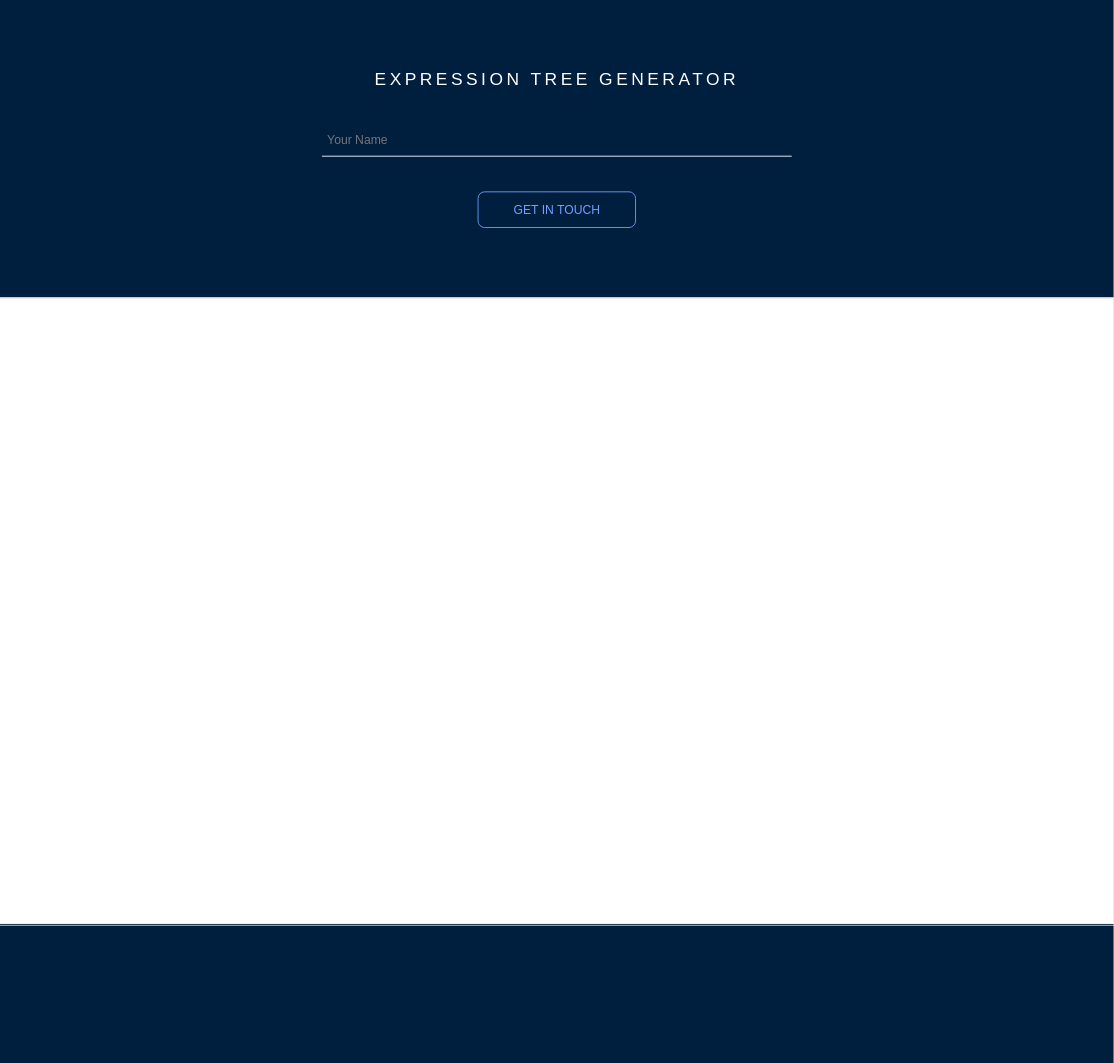
Repository: lnogueir/expression-tree-gen
Page: index.html
These files come from the project's save history. The page is drawn as it stood at one moment and after the next save; the edit follows.
The browser window is 1280 px wide. The page is 1281 px wide, so the pictures cover 1281 px, including what lies to the right of the window. The pictures show the whole page, at 87% of full size.

Above is the page before, as saved 2020-03-15 19:16:29.

After the next save:
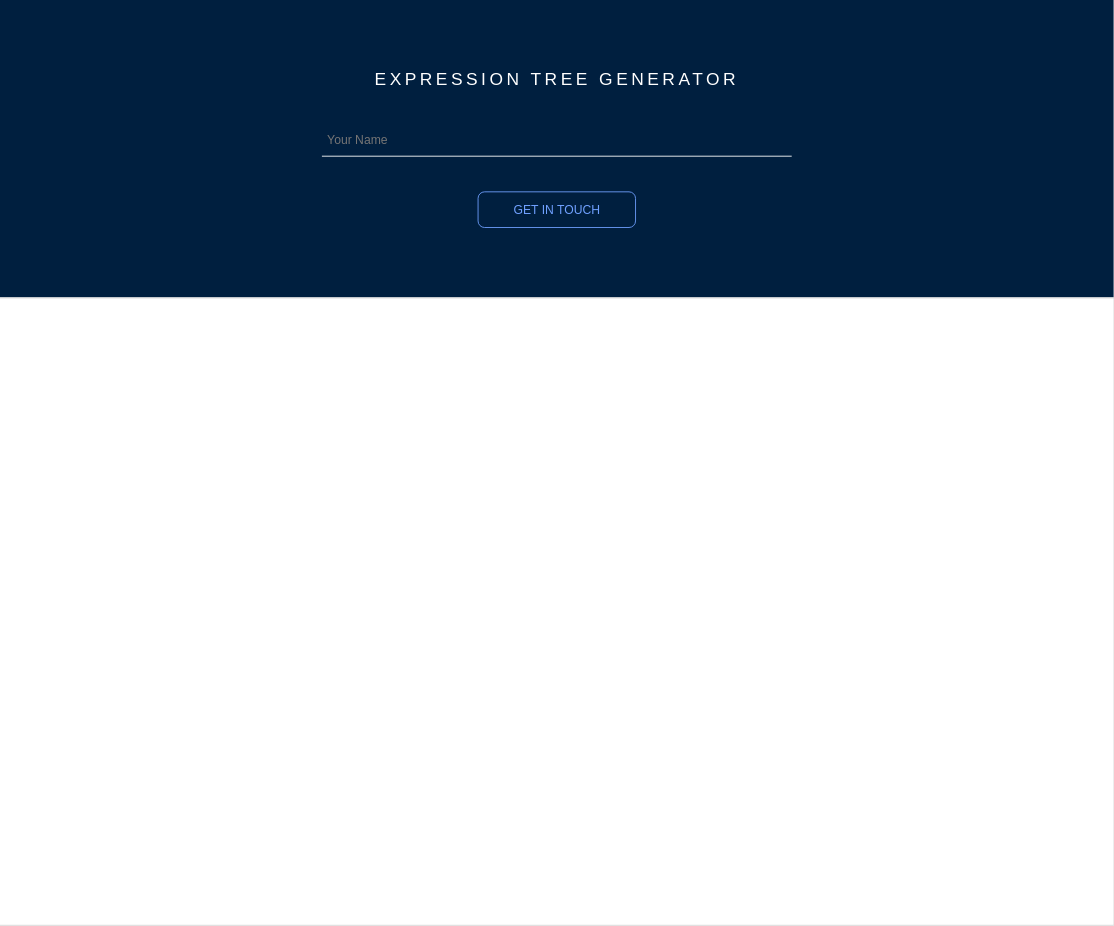
Saved 21 s later.
--- a/index.html
+++ b/index.html
@@ -22,9 +22,6 @@
         <canvas></canvas>
     </div>
 
-    <div class="ending-section">
-
-    </div>
 
 </body>
 <script src="https://ajax.googleapis.com/ajax/libs/jquery/3.4.1/jquery.min.js"></script>
